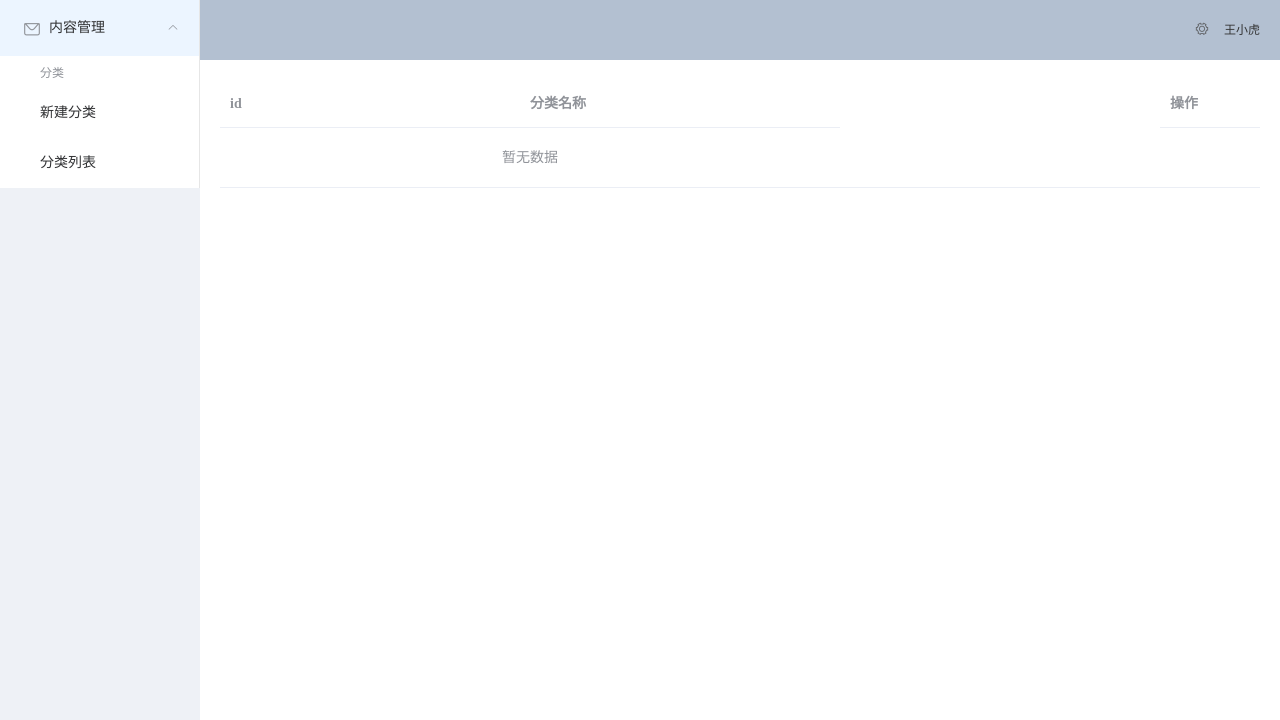
Repository: fish-zmy/wangzherongyao
Page: /#/categories/list (app in admin/)
An editor plug-in stored every save of this project. The page is shown before and after the next save, followed by the edit.
The browser window is 1280 px wide. The pictures show the whole page.
The page's requests for data from a server got no answer. The project was rebuilt for these pictures with package versions that can differ from the ones it lists, and the page was loaded fresh each time. No one was signed in, and anything a server would have sent is missing. Also part of the build but not shown: admin/vue.config.js, admin/src/views/CategoryEdit.vue. Imported but missing from the stored project, and not drawn on this page: admin/src/views/Home.vue.

Above is the page before, as saved 2020-06-16 21:04:48.

After the next save:
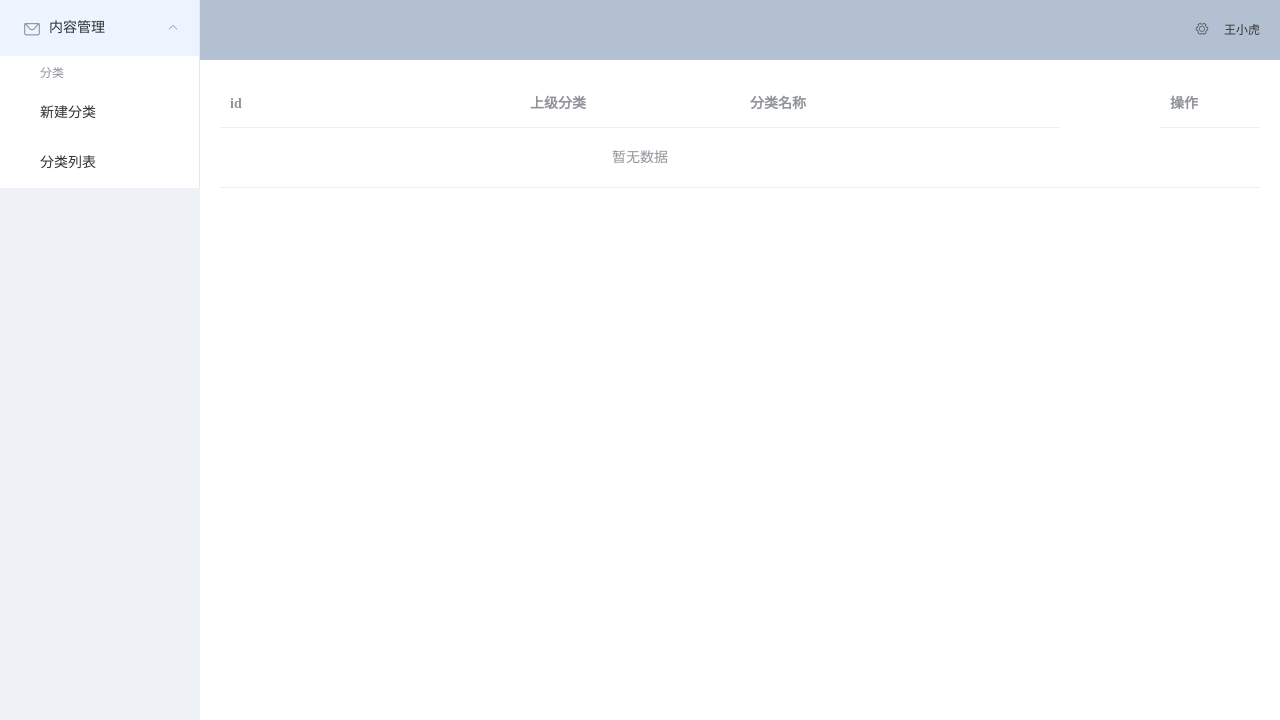
Saved 81 s later.
--- a/admin/src/views/CategoryList.vue
+++ b/admin/src/views/CategoryList.vue
@@ -2,6 +2,7 @@
   <div class="about">
     <el-table :data="items">
       <el-table-column prop="_id" label="id" width="300"></el-table-column>
+      <el-table-column prop="name" label="上级分类" width="220"></el-table-column>
       <el-table-column prop="name" label="分类名称" width="220"></el-table-column>
       <el-table-column fixed="right" label="操作" width="100">
         <template v-slot="scope">
